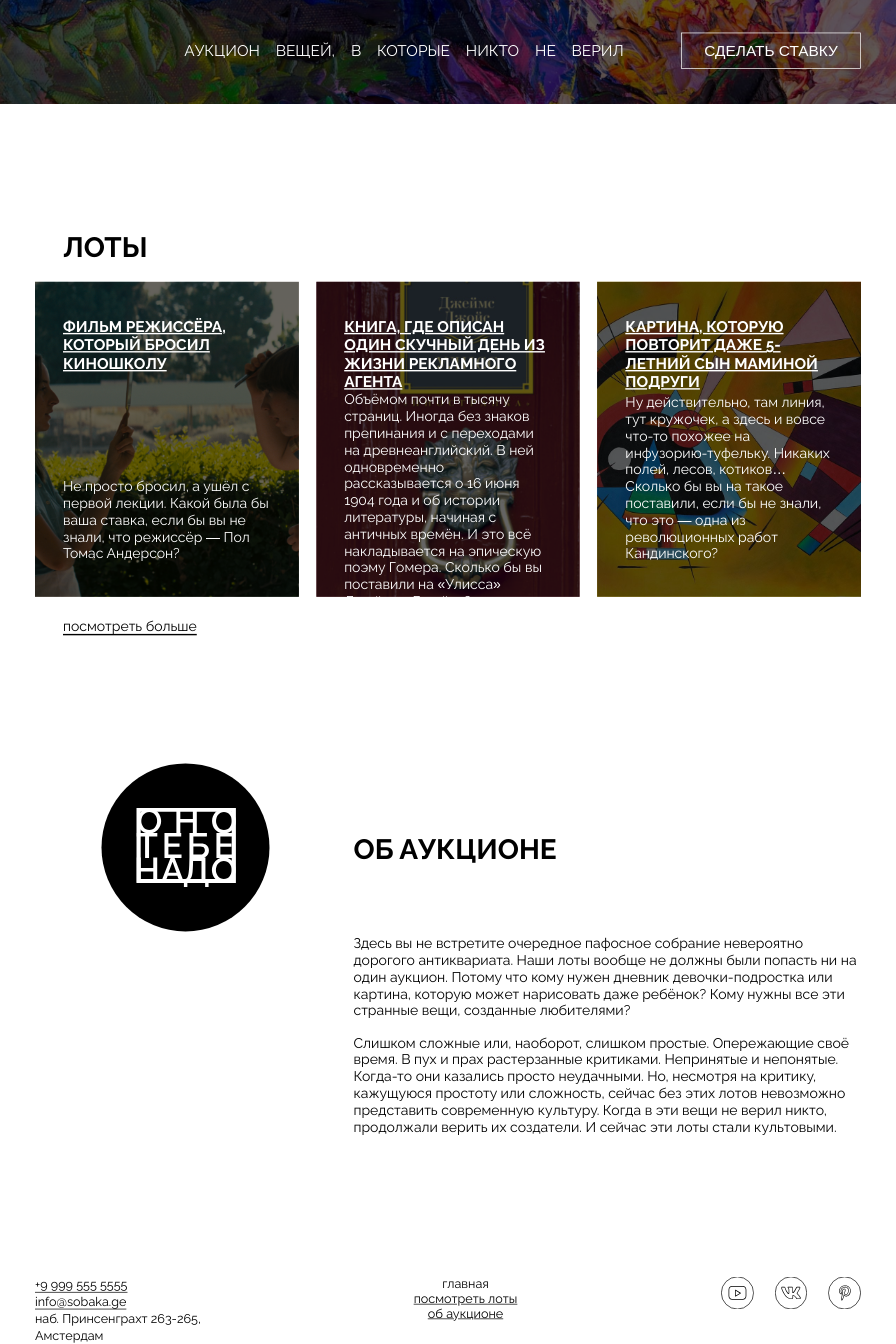
Repository: Hadoooouken/ono-tebe-nado
Page: index.html
The author's editor kept a copy of each file at every save. The page is drawn from the files as they stood at one save, then again after the next save.
The browser window is 1280 px wide. The pictures show the part of the page from y = 902 to 2822 px (the page is 2822 px tall before and 2802 px after), at 70% of full size.

Above is the page before, as saved 2023-11-27 23:13:20.

### index.html
<!DOCTYPE html>
<html lang="ru">
  <head>
    <meta charset="UTF-8" />
    <meta http-equiv="X-UA-Compatible" content="IE=edge" />
    <meta name="viewport" content="width=device-width, initial-scale=1.0" />
    <link rel="stylesheet" href="./fonts/fonts.css" />
    <link rel="stylesheet" href="./styles/global.css" />
    <link rel="stylesheet" href="./styles/style.css" />
    <title>Оно тебе надо — аукцион вещей, в которые никто не верил</title>
  </head>
  <body>
    <header class="header section">
      <nav class="header__menu">
        <ul>
          <li class="header__links-list-item_no-bullit">
            <a href="#">главная</a>
          </li>
          <li><a href="#">посмотреть лоты</a></li>
          <li><a href="#">об аукционе</a></li>
        </ul>
      </nav>

      <div class="header__logo">
        <img src="/images/logo-black.svg" alt="Логотип" />
      </div>

      <div class="header__address">
        <div><a href="tel:+99995555555">+9 999 555 5555</a></div>
        <div><a href="mailto:info@sobaka.ge">info@sobaka.ge</a></div>
        <div>наб. Принсенграхт 263-265, Амстердам</div>
      </div>
    </header>

    <main>
      <section class="cover">
        <div class="overlay"></div>
        <h1 class="cover__title">
          <span class="align_left">он<span>о</span></span>
          <span class="align_center">теб<span>е</span></span>
          <span class="align_right"><span>н</span>адо</span>
        </h1>
        <div class="cover__description">
          <p class="divcover__description-text">
            Аукцион вещей, в которые никто не верил
          </p>
          <button class="bet-button">сделать ставку</button>
        </div>
      </section>

      <section class="lots section">
        <h2 class="lots__heading">лоты</h2>
        <ul class="lots__card-list">
          <li class="lots__card-list-item card_type_film">
            <div class="overlay"></div>
            <a class="card-link" href="#">
              <h3 class="card__title">
                Фильм режиссёра, который бросил киношколу
              </h3>
              <article class="card">
                <p class="card__text">
                  Не просто бросил, а ушёл с первой лекции. Какой была бы ваша
                  ставка, если бы вы не знали, что режиссёр — Пол Томас
                  Андерсон?
                </p>
              </article>
            </a>
          </li>
          <li class="lots__card-list-item card_type_book">
            <div class="overlay"></div>
            <a class="card-link" href="#">
              <h3 class="card__title">
                Книга, где описан один скучный день из жизни рекламного агента
              </h3>
              <article class="card">
                <p class="card__text">
                  Объёмом почти в тысячу страниц. Иногда без знаков препинания и
                  с переходами на древнеанглийский. В ней одновременно
                  рассказывается о 16 июня 1904 года и об истории литературы,
                  начиная с античных времён. И это всё накладывается на
                  эпическую поэму Гомера. Сколько бы вы поставили на «Улисса»
                  Джеймса Джойса?
                </p>
              </article>
            </a>
          </li>
          <li class="lots__card-list-item card_type_picture">
            <div class="overlay"></div>
            <a class="card-link" href="#">
              <h3 class="card__title">
                Картина, которую повторит даже 5-летний сын маминой подруги
              </h3>
              <article class="card">
                <p class="card__text">
                  Ну действительно, там линия, тут кружочек, а здесь и вовсе
                  что-то похожее на инфузорию-туфельку. Никаких полей, лесов,
                  котиков… Сколько бы вы на такое поставили, если бы не знали,
                  что это — одна из революционных работ Кандинского?
                </p>
              </article>
            </a>
          </li>
        </ul>
        <a class="lots__look-more-link" href="#">посмотреть больше</a>
      </section>

      <section class="about section">
        <div class="about__left-column">
          <div class="about__logo">
            <img src="/images/logo-white.svg" alt="Логотип" />
          </div>
        </div>

        <div class="about__right-column">
          <h2 class="about__title">об аукционе</h2>
          <p class="about__text">
            Здесь вы не встретите очередное пафосное собрание невероятно
            дорогого антиквариата. Наши лоты вообще не должны были попасть ни на
            один аукцион. Потому что кому нужен дневник девочки-подростка или
            картина, которую может нарисовать даже ребёнок? Кому нужны все эти
            странные вещи, созданные любителями?
          </p>
          <p class="about__text">
            Слишком сложные или, наоборот, слишком простые. Опережающие своё
            время. В пух и прах растерзанные критиками. Непринятые и непонятые.
            Когда-то они казались просто неудачными. Но, несмотря на критику,
            кажущуюся простоту или сложность, сейчас без этих лотов невозможно
            представить современную культуру. Когда в эти вещи не верил никто,
            продолжали верить их создатели. И сейчас эти лоты стали культовыми.
          </p>
        </div>
      </section>
    </main>
    <section class="footer section">
      <div class="footer__address">
        <div><a href="tel:+99995555555">+9 999 555 5555</a></div>
        <div><a href="mailto:info@sobaka.ge">info@sobaka.ge</a></div>
        <div>наб. Принсенграхт 263-265, Амстердам</div>
      </div>

      <div class="footer__menu-list">
        <nav class="">
          <ul class="footer__menu-list-item">
            <li class="footer__menu-link_active">
              <a href="#">главная</a>
            </li>
            <li><a href="#">посмотреть лоты</a></li>
            <li><a href="#">об аукционе</a></li>
          </ul>
        </nav>
      </div>

      <div class="footer__social-list">
        <ul class="footer__social-list-item">
          <li>
            <img src="/images/yt.svg" alt="ютуб" />
          </li>
          <li>
            <img src="/images/vk.svg" alt="вконтакте" />
          </li>
          <li>
            <img src="/images/pinterest.svg" alt="пинтерест" />
          </li>
        </ul>
      </div>
    </section>
  </body>
</html>

### styles/global.css
*,
*::before,
*::after {
  box-sizing: border-box;
}

body {
  min-width: 1100px;
  margin: 0;
  font-family: Raleway, sans-serif;
  line-height: 24px;
}

h1,
h2,
h3,
h4,
h5,
h6,
p,
ul,
ol,
li,
blockquote {
  margin: 0;
  padding: 0;
}

a {
  color: inherit;
}

img {
  width: 100%;
}

### styles/style.css
.header {
  display: flex;
  justify-content: space-between;
  height: 294px;
  align-items: center;
  font-weight: 400;
  font-size: 18px;
  font-style: normal;
  text-underline-offset: 4px;
}

.header__menu,
.header__address {
  width: 400px;
}

.header__menu ul {
  display: flex;
  gap: 32px;
  list-style-type: circle;
  display: inline-flex;
}

.header__links-list-item_no-bullit a {
  text-decoration: none;
}

li.header__links-list-item_no-bullit {
  list-style-type: none;
}

.header__logo {
  width: 138px;
}

.header__address {
  padding-left: 160px;
}

.section {
  padding-left: 50px;
  padding-right: 50px;
}

.cover {
  background-image: url(/images/cover.jpg);
  background-repeat: no-repeat;
  background-size: cover;
  background-position: center;
  position: relative;
  z-index: 1;
}

.cover__title {
  display: flex;
  flex-direction: column;
  font-size: 100px;
  font-weight: 700;
  text-transform: uppercase;
  color: #fff;
  font-style: normal;
  position: relative;
  line-height: 115px;
  letter-spacing: 30px;
  z-index: 2;
  padding-top: 165px;
  padding-left: 50px;
  padding-right: 20px;
  gap: 20px;
}

.cover__title > span {
  display: block;
}

.overlay {
  top: 0;
  bottom: 0;
  right: 0;
  left: 0;
  background-color: rgba(0, 0, 0, 0.6);
  position: absolute;
  z-index: 0;
}

.align_left {
  text-align: left;
}

.align_center {
  text-align: center;
  line-height: 100px;
  padding-right: 60px;
}
.align_right {
  text-align: right;
  line-height: 100px;
}

.align_left span {
  margin-left: 31px;
}

.align_center span {
  margin-left: 31px;
}

.align_right span {
  margin-right: 30px;
}

.cover__description {
  display: flex;
  justify-content: end;
  flex-shrink: 0;
  padding: 134px 50px 50px;
  gap: 82px;
  align-items: center;
}

.divcover__description-text {
  color: #fff;
  font-size: 22px;
  font-style: normal;
  font-weight: 400;
  line-height: 28px;
  word-spacing: 17px;
  position: relative;
  text-transform: uppercase;
  z-index: 2;
}

.bet-button {
  background-color: transparent;
  border: 1px solid #fff;
  color: #fff;
  font-size: 22px;
  font-style: normal;
  font-weight: 400;
  line-height: normal;
  text-transform: uppercase;
  z-index: 2;
  width: 257px;
  height: 52px;
  padding: 10px 30px;
}

.lots {
  padding-top: 180px;
}

.lots__heading {
  padding-left: 40px;
  color: #000;
  font-size: 40px;
  font-style: normal;
  font-weight: 700;
  line-height: normal;
  text-transform: uppercase;
}

.lots__card-list {
  display: flex;
  padding-top: 27px;
  list-style-type: none;
  gap: 25px;
  margin-bottom: 30px;
}
.lots__card-list-item {
  display: flex;
  flex-grow: 1;
  flex-basis: 0;
  height: 450px;
  background-size: cover;
  padding: 50px 40px;
  position: relative;
}

.card_type_film {
  background-image: url(/images/card-lot-01.jpg);
}

.card_type_book {
  background-image: url(/images/card-lot-02.jpg);
}

.card_type_picture {
  background-image: url(/images/card-lot-03.jpg);
}

.card__title {
  color: #fff;
  font-size: 22px;
  font-style: normal;
  font-weight: 700;
  line-height: 120%;
  text-transform: uppercase;
  text-decoration: underline;
}

.card-link {
  display: flex;
  justify-content: space-between;
  flex-direction: column;
  text-decoration: none;
  position: relative;
  z-index: 1;
}

.card__text {
  color: #fff;
  font-size: 20px;
  font-style: normal;
  font-weight: 400;
  line-height: 120%;
}

.lots__look-more-link{
  color: #000;
  font-size: 20px;
  font-weight: 400;
  padding-left: 40px;
  text-underline-offset: 4px;
}

.about {
  display: flex;
  padding-top: 182px;
  border-radius: 10px;
}

.about__logo{
  background-color: #000;
  border-radius: 50%;
  width: 240px;
  height: 240px;
  padding:63px 46px;
}

.about__title{
  color: #000;
  font-size: 40px;
  font-weight: 700;
  line-height: normal;
  text-transform: uppercase;
  margin-bottom: 100px;
}

.about__text {
  color: #000;
  font-size: 20px;
  font-weight: 400;
  line-height: normal;
  margin-bottom: 22px;
}

.about__left-column {
  padding-left: 95px;
  padding-right: 95px;
}

.about__right-column {
  padding-top: 98px;
  padding-left: 25px;
}

.footer {
  padding-top: 180px;
  display: flex;
  justify-content: space-between;



}

.footer__address {
  color: #000;
  font-size: 18px;
  font-style: normal;
  font-weight: 400;
  line-height: 24.3px;
  text-underline-offset: 4px;
  width: 250px;

}

.footer__menu-list {
  color: #000;
  font-size: 18px;
  font-style: normal;
  font-weight: 400;
  line-height: normal;
  text-align: center;


}
.footer__menu-list-item{
  list-style-type: none;


}

.footer__menu-link_active a {
  text-decoration: none;
}

.footer__social-list{


}

.footer__social-list-item{
  list-style-type: none;
  display: flex;
  flex-direction: row;
  width: 200px;
  height: 48px;
  gap: 30px;

}

Loaded but not shown: fonts/fonts.css (common file)

After the next save:
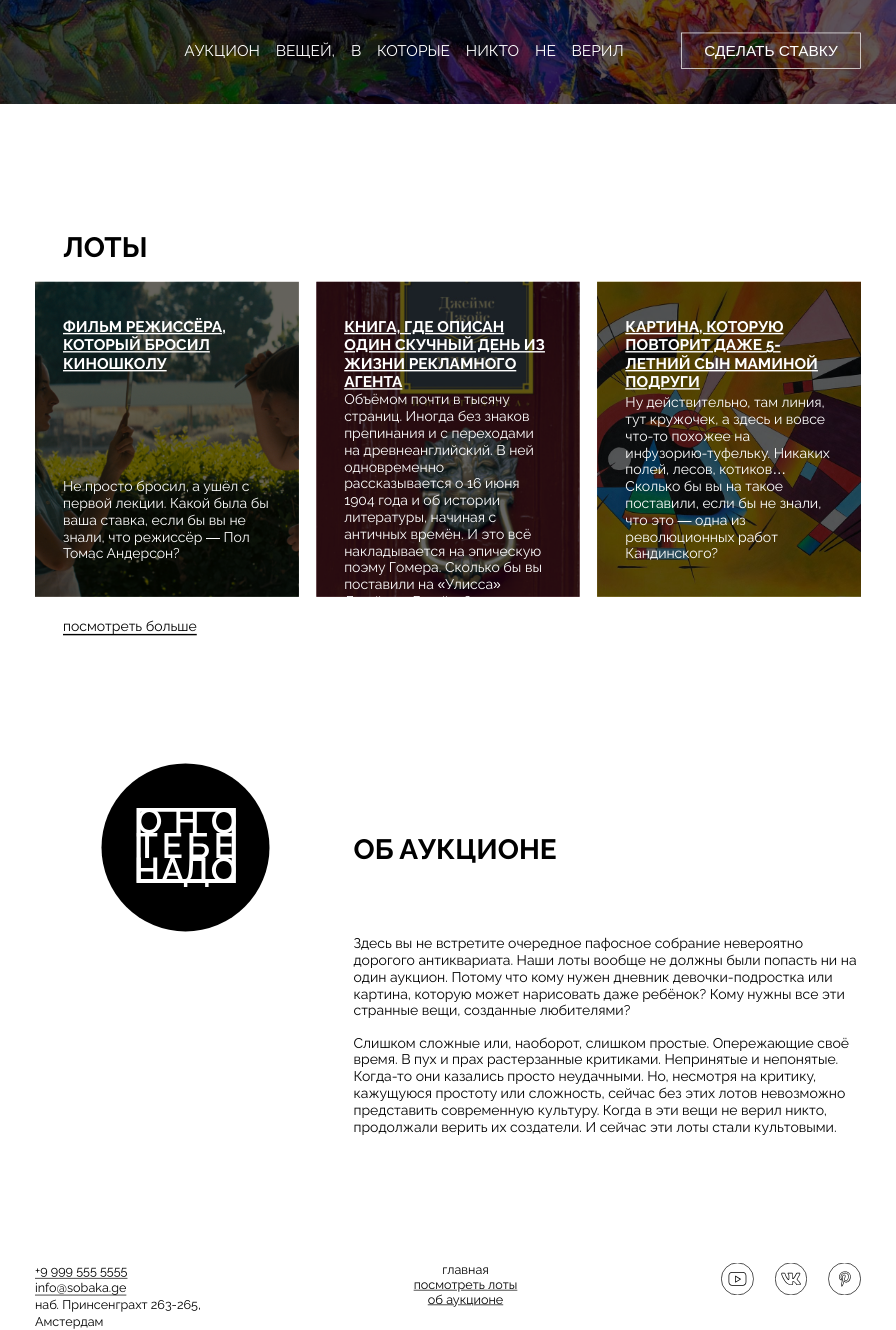
Saved 77 s later.
--- a/styles/style.css
+++ b/styles/style.css
@@ -265,7 +265,7 @@
 }
 
 .footer {
-  padding-top: 180px;
+  padding-top: 160px;
   display: flex;
   justify-content: space-between;
 
